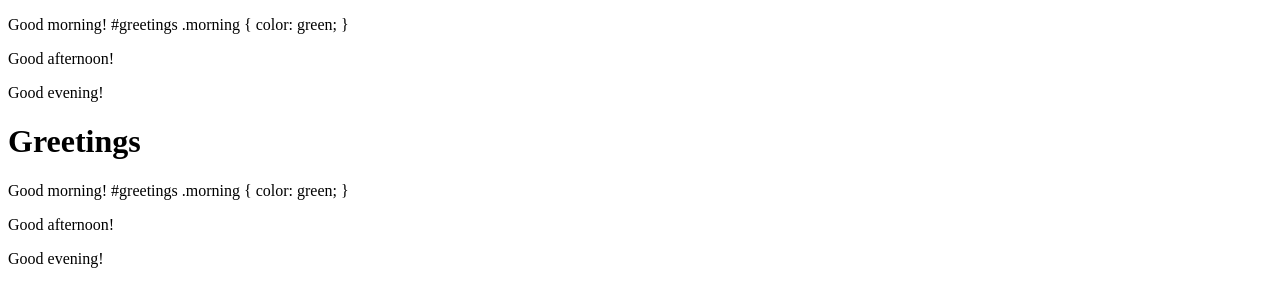
Repository: MomoeTeruya/microposts
Page: exam.html
The author's editor kept a record of every edit. The page is drawn from the files as they stood at one moment, then again after the next edit.
The browser window is 1280 px wide. The pictures show the whole page.

Above is the page before.

### exam.html
<!DOCTYPE html>
<html>
    <head>
        <meta charset="utf-8">
        <title>Greetings</title>
    </head>


  <body>

  <div>
    <p>
    Good morning!
    #greetings .morning {
  color: green;
}
    </p>
    <p>
    Good afternoon!
    </p>
    <p>
    Good evening!
    </p>
  </div>
</body>
</html>








  <body>
<h1>Greetings</h1>

  <div>
    <p>
    Good morning!
    #greetings .morning {
  color: green;
}
    </p>
    <p>
    Good afternoon!
    </p>
    <p>
    Good evening!
    </p>
  </div>
</body>
</html>

After the next edit:
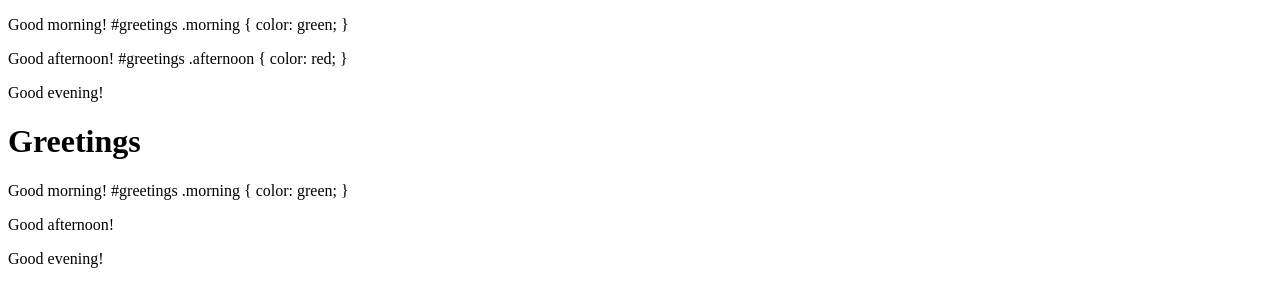
The edit:
--- a/exam.html
+++ b/exam.html
@@ -17,6 +17,9 @@
     </p>
     <p>
     Good afternoon!
+    #greetings .afternoon {
+  color: red;
+}
     </p>
     <p>
     Good evening!
